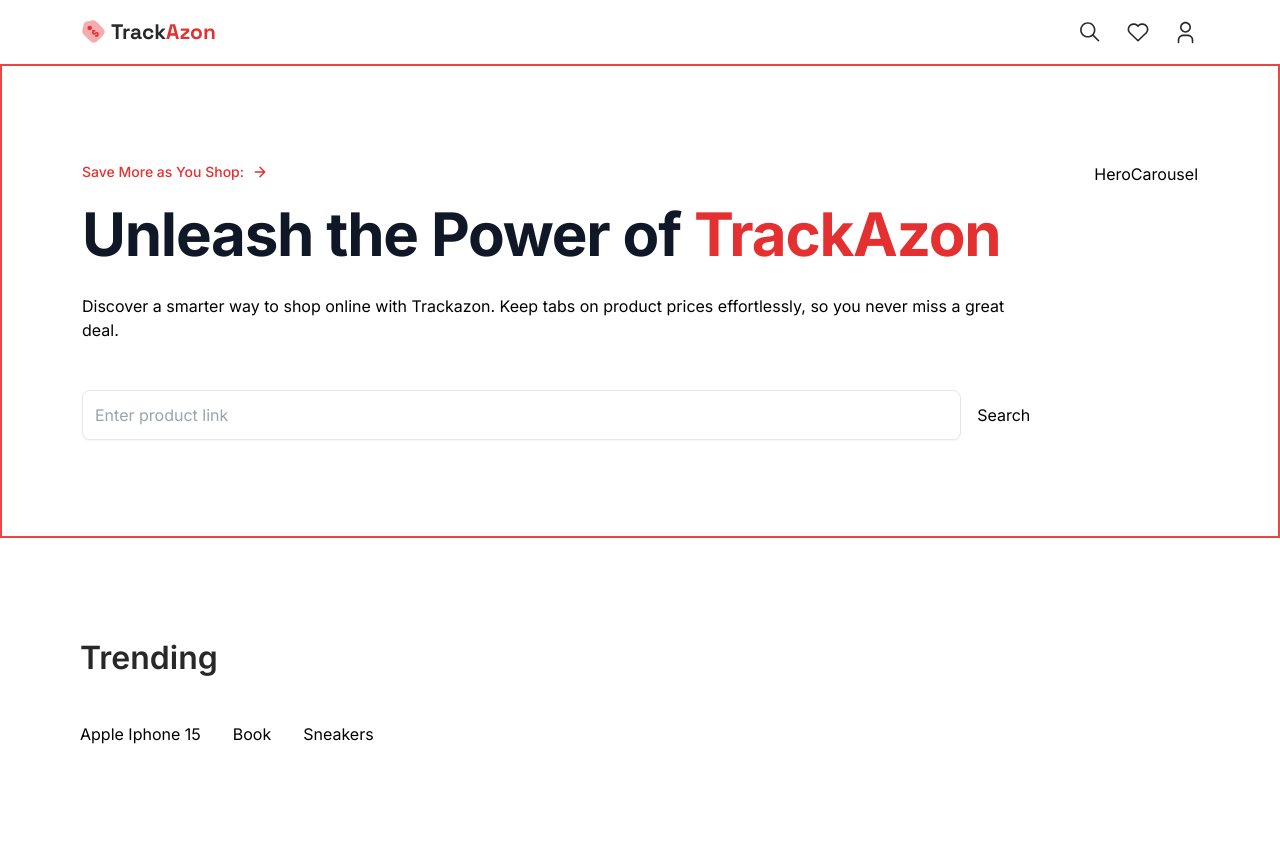
Repository: akinolapo/trackazon
Page: /
The author's editor kept a copy of each file at every save. The page is drawn from the files as they stood at one save, then again after the next save.
The browser window is 1280 px wide. The pictures show the whole page.
The project was rebuilt for these pictures with package versions that can differ from the ones it lists, and the page was loaded fresh each time. The framework's server and built-in components were replaced by stand-ins that run in the browser. Also part of the build but not shown: next.config.js.

Above is the page before, as saved 2023-10-01 08:03:50.

After the next save:
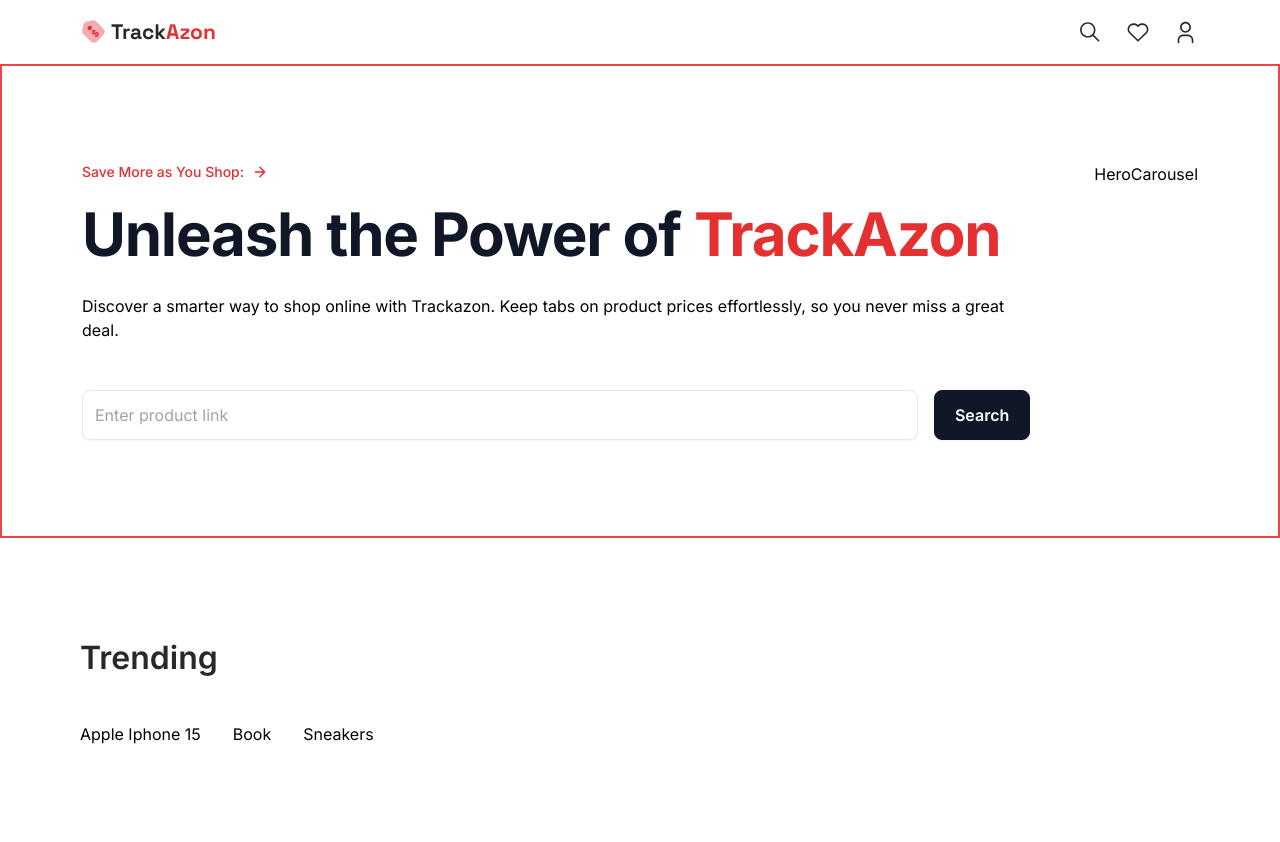
Saved 6 s later.
--- a/components/Searchbar.tsx
+++ b/components/Searchbar.tsx
@@ -9,7 +9,7 @@
             placeholder="Enter product link"
             className="searchbar-input"
         />
-        <button type="submit" className="searchbarbtn">Search</button>
+        <button type="submit" className="searchbar-btn">Search</button>
     </form>
   )
 }
